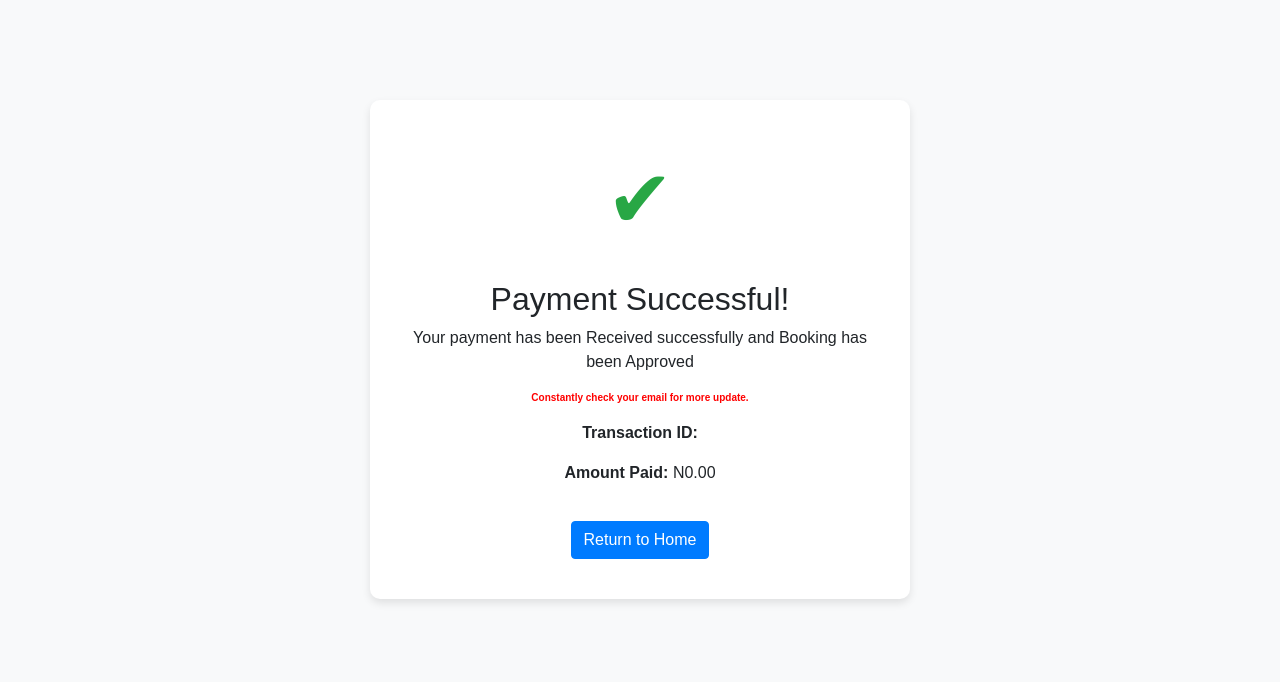
Repository: walterjnr1/Tourism-booking-system
Page: http://localhost/home/pay_report.php
An editor plug-in stored every save of this project. The page is shown before and after a run of saves, followed by the edit.
The browser window is 1280 px wide. The pictures show the whole page.
The page is run by PHP 8.4 with error messages shown; the project is at /var/www/html/. The session is filled in as if someone had signed in: {"username": "eTech", "name": "Emediong Moses", "email": "newleastpaysolution@gmail.com", "logged": 1739095829}. The database holds what the project's SQL file puts in it.

Above is the page before, as saved 2025-02-09 13:05:50.

After the next 3 saves:
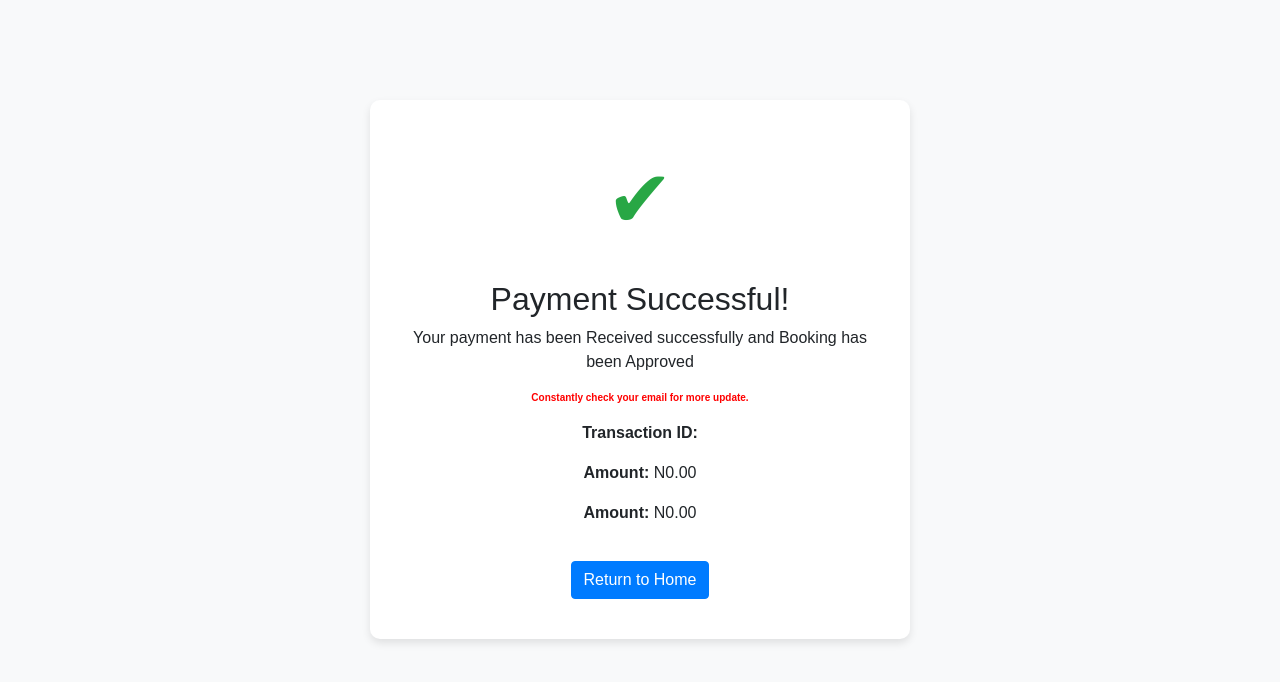
The 3 saves are shown as one change because they came seconds apart.
The last was saved 14 s later.
--- a/home/pay_report.php
+++ b/home/pay_report.php
@@ -66,7 +66,8 @@ if (empty($_SESSION['username'])) {
 
                     <!-- Additional Details (Optional) -->
                     <p><strong>Transaction ID:</strong> <span id="transaction-id"><?php echo $_SESSION['payment_reference'];  ?></span></p>
-                    <p><strong>Amount Paid:</strong> <span id="amount-paid">N<?php echo number_format((float)$_SESSION['payment_amount'] ,2);  ?></span></p>
+                    <p><strong>Amount:</strong> <span id="amount-paid">N<?php echo number_format((float)$_SESSION['payment_amount'] ,2);  ?></span></p>
+                    <p><strong>Amount:</strong> <span id="amount-paid">N<?php echo number_format((float)$_SESSION['payment_amount'] ,2);  ?></span></p>
 
                     <!-- Button to Return Home -->
                     <a href="index.php" class="btn btn-primary btn-home">Return to Home</a>
